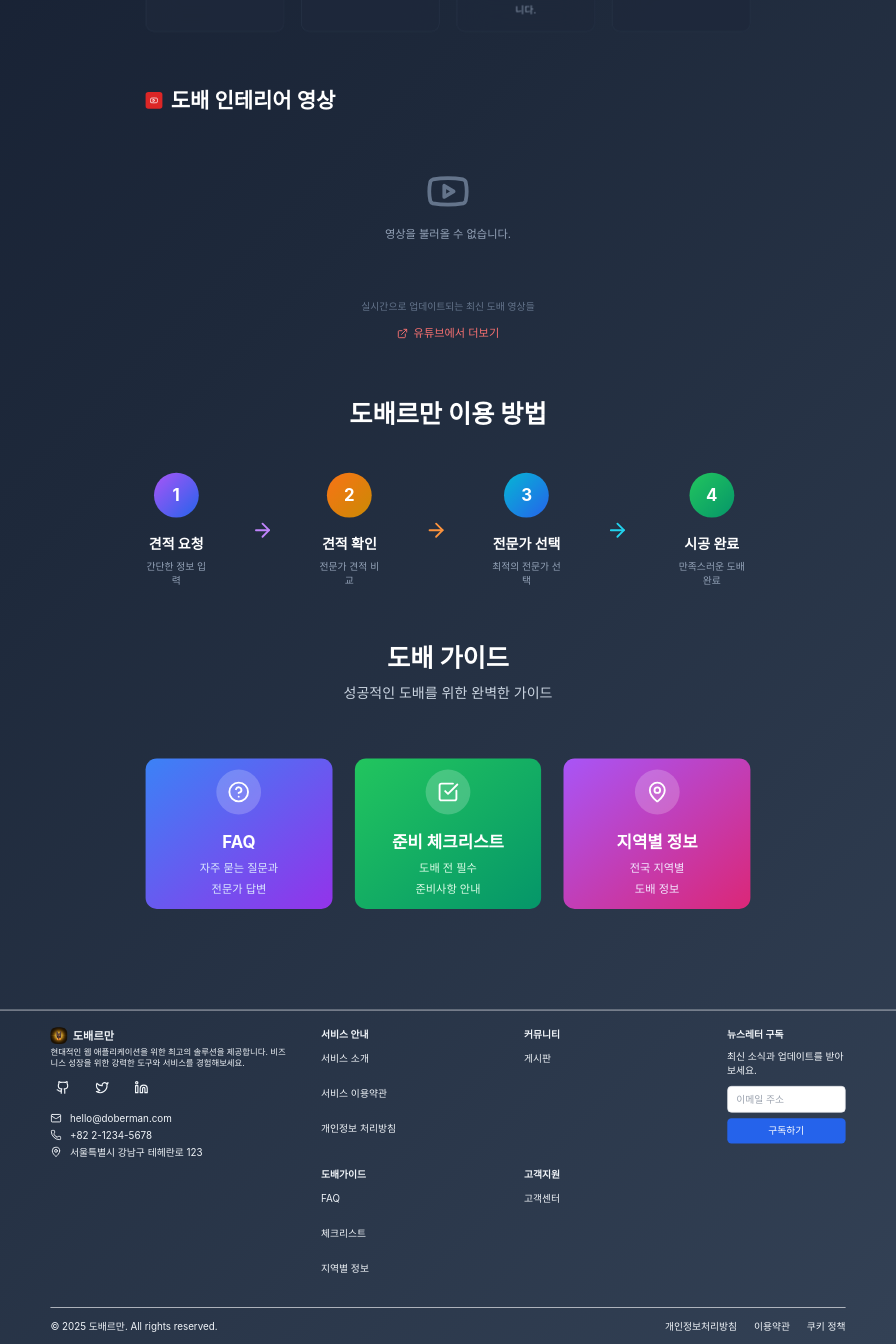
Repository: rambozzang/doberman_nextjs
Page: /
The author's editor kept a copy of each file at every save. The page is drawn from the files as they stood at one save, then again after the next save.
The browser window is 1280 px wide. The pictures show the part of the page from y = 1559 to 3479 px (the page is 3479 px tall before and 3467 px after), at 70% of full size.
The page's requests for data from a server got no answer. The project was rebuilt for these pictures with package versions that can differ from the ones it lists, and the page was loaded fresh each time. The framework's server and built-in components were replaced by stand-ins that run in the browser. No one was signed in, and anything a server would have sent is missing. Also part of the build but not shown: next.config.mjs, next.config.ts, src/components/AutoLogoutWarning.tsx, src/components/ForgotPasswordModal.tsx, src/components/LoginModal.tsx, src/components/RegisterModal.tsx.

Above is the page before, as saved 2025-06-28 01:26:19.

### src/components/Footer.tsx
"use client";

import React, { useState } from "react";
import Link from "next/link";
import { motion, AnimatePresence } from "framer-motion";
import { Github, Twitter, Linkedin, Mail, Phone, MapPin, ChevronDown } from "lucide-react";

import Image from "next/image";

interface FooterLink {
  title: string;
  href: string;
}

interface FooterSection {
  title: string;
  links: FooterLink[];
}

interface SocialLink {
  name: string;
  href: string;
  icon: React.ReactNode;
}

interface FooterProps {
  logo?: string;
  description?: string;
  sections?: FooterSection[];
  socialLinks?: SocialLink[];
  contactInfo?: {
    email?: string;
    phone?: string;
    address?: string;
  };
  showNewsletter?: boolean;
}

const defaultSections: FooterSection[] = [
  {
    title: "서비스 안내",
    links: [
      { title: "서비스 소개", href: "/service-intro" },
      { title: "서비스 이용약관", href: "/terms-of-service" },
      { title: "개인정보 처리방침", href: "/privacy-policy" },
    ],
  },
  {
    title: "커뮤니티",
    links: [{ title: "게시판", href: "/board" }],
  },
  {
    title: "도배가이드",
    links: [
      { title: "FAQ", href: "/faq" },
      { title: "체크리스트", href: "/checklist" },
      { title: "지역별 정보", href: "/regional-guide" },
    ],
  },
  {
    title: "고객지원",
    links: [{ title: "고객센터", href: "/customer-support" }],
  },
];

const defaultSocialLinks: SocialLink[] = [
  {
    name: "GitHub",
    href: "https://github.com",
    icon: <Github className="w-5 h-5" />,
  },
  {
    name: "Twitter",
    href: "https://twitter.com",
    icon: <Twitter className="w-5 h-5" />,
  },
  {
    name: "LinkedIn",
    href: "https://linkedin.com",
    icon: <Linkedin className="w-5 h-5" />,
  },
];

const Footer: React.FC<FooterProps> = ({
  logo = "도배르만",
  description = "현대적인 웹 애플리케이션을 위한 최고의 솔루션을 제공합니다. 비즈니스 성장을 위한 강력한 도구와 서비스를 경험해보세요.",
  sections = defaultSections,
  socialLinks = defaultSocialLinks,
  contactInfo = {
    email: "hello@doberman.com",
    phone: "+82 2-1234-5678",
    address: "서울특별시 강남구 테헤란로 123",
  },
  showNewsletter = true,
}) => {
  // 모바일 아코디언 상태 관리
  const [expandedSections, setExpandedSections] = useState<Record<string, boolean>>({});

  // 아코디언 토글 함수
  const toggleSection = (sectionTitle: string) => {
    setExpandedSections(prev => ({
      ...prev,
      [sectionTitle]: !prev[sectionTitle]
    }));
  };

  const handleNewsletterSubmit = (e: React.FormEvent) => {
    e.preventDefault();
    // 뉴스레터 구독 로직
    console.log("뉴스레터 구독");
  };

  return (
    <footer className="bg-background border-t border-border">
      <div className="container mx-auto px-4 sm:px-6 lg:px-8">
        {/* Main Footer Content */}
        <div className="py-4 sm:py-6 lg:py-6">
          <div className="grid grid-cols-1 md:grid-cols-2 lg:grid-cols-12 gap-3 sm:gap-4 lg:gap-6">
            {/* Company Info */}
            <div className="md:col-span-2 lg:col-span-4 space-y-2 sm:space-y-3 lg:space-y-2">
              <motion.div
                initial={{ opacity: 0, y: 20 }}
                whileInView={{ opacity: 1, y: 0 }}
                transition={{ duration: 0.5 }}
                viewport={{ once: true }}
              >
                <Link href="/" className="flex items-center space-x-2 mb-1 sm:mb-2 lg:mb-1">
                  <Image src="/logo.png" alt="logo" width={20} height={20} className="sm:w-6 sm:h-6 lg:w-6 lg:h-6" />
                  <span className="text-sm sm:text-base lg:text-base font-bold text-foreground">{logo}</span>
                </Link>
                <p className="text-muted-foreground text-xs sm:text-sm lg:text-xs leading-snug pr-4 line-clamp-2">
                  {description}
                </p>
              </motion.div>

              {/* Social Links */}
              <motion.div
                initial={{ opacity: 0, y: 20 }}
                whileInView={{ opacity: 1, y: 0 }}
                transition={{ duration: 0.5, delay: 0.1 }}
                viewport={{ once: true }}
                className="flex space-x-2 sm:space-x-3 lg:space-x-3"
              >
                {socialLinks.map((social) => (
                  <motion.a
                    key={social.name}
                    href={social.href}
                    target="_blank"
                    rel="noopener noreferrer"
                    whileHover={{ scale: 1.1 }}
                    whileTap={{ scale: 0.95 }}
                    className="p-1.5 sm:p-2 lg:p-2 rounded-lg bg-accent/50 text-muted-foreground hover:text-foreground hover:bg-accent transition-colors touch-target"
                    aria-label={social.name}
                  >
                    <div className="w-4 h-4 sm:w-4 sm:h-4 lg:w-4 lg:h-4">
                      {social.icon}
                    </div>
                  </motion.a>
                ))}
              </motion.div>

              {/* Contact Info */}
              {contactInfo && (
                <motion.div
                  initial={{ opacity: 0, y: 20 }}
                  whileInView={{ opacity: 1, y: 0 }}
                  transition={{ duration: 0.5, delay: 0.2 }}
                  viewport={{ once: true }}
                  className="space-y-1 sm:space-y-1.5 lg:space-y-1"
                >
                  {contactInfo.email && (
                    <div className="flex items-center space-x-2 sm:space-x-3 text-xs sm:text-sm text-muted-foreground">
                      <Mail className="w-3 h-3 sm:w-4 sm:h-4 flex-shrink-0" />
                      <span className="break-all">{contactInfo.email}</span>
                    </div>
                  )}
                  {contactInfo.phone && (
                    <div className="flex items-center space-x-2 sm:space-x-3 text-xs sm:text-sm text-muted-foreground">
                      <Phone className="w-3 h-3 sm:w-4 sm:h-4 flex-shrink-0" />
                      <span>{contactInfo.phone}</span>
                    </div>
                  )}
                  {contactInfo.address && (
                    <div className="flex items-start space-x-2 sm:space-x-3 text-xs sm:text-sm text-muted-foreground">
                      <MapPin className="w-3 h-3 sm:w-4 sm:h-4 flex-shrink-0 mt-0.5" />
                      <span className="leading-relaxed">{contactInfo.address}</span>
                    </div>
                  )}
                </motion.div>
              )}
            </div>

            {/* Footer Links */}
            <div className="md:col-span-2 lg:col-span-6">
              {/* 데스크톱 버전 - 기존 그리드 */}
              <div className="hidden md:grid grid-cols-2 gap-3 sm:gap-4 lg:gap-6">
                {sections.map((section, index) => (
                  <motion.div
                    key={section.title}
                    initial={{ opacity: 0, y: 20 }}
                    whileInView={{ opacity: 1, y: 0 }}
                    transition={{ duration: 0.5, delay: index * 0.1 }}
                    viewport={{ once: true }}
                    className="space-y-2 sm:space-y-3 lg:space-y-3"
                  >
                    <h3 className="text-xs sm:text-sm lg:text-sm font-semibold text-foreground">
                      {section.title}
                    </h3>
                    <ul className="space-y-1 sm:space-y-1.5 lg:space-y-1.5">
                      {section.links.map((link) => (
                        <li key={link.title}>
                          <Link
                            href={link.href}
                            className="text-xs sm:text-sm lg:text-sm text-muted-foreground hover:text-foreground transition-colors block py-0.5 lg:py-0.5 touch-target"
                          >
                            {link.title}
                          </Link>
                        </li>
                      ))}
                    </ul>
                  </motion.div>
                ))}
              </div>

              {/* 모바일 버전 - 아코디언 */}
              <div className="md:hidden space-y-2">
                {sections.map((section, index) => (
                  <motion.div
                    key={section.title}
                    initial={{ opacity: 0, y: 20 }}
                    whileInView={{ opacity: 1, y: 0 }}
                    transition={{ duration: 0.5, delay: index * 0.1 }}
                    viewport={{ once: true }}
                    className="border border-slate-700/30 rounded-lg bg-slate-800/20 overflow-hidden"
                  >
                    {/* 아코디언 헤더 */}
                    <button
                      onClick={() => toggleSection(section.title)}
                      className="w-full flex items-center justify-between p-4 text-left hover:bg-slate-700/20 transition-colors touch-target"
                    >
                      <h3 className="text-sm font-semibold text-foreground">
                        {section.title}
                      </h3>
                      <motion.div
                        animate={{ rotate: expandedSections[section.title] ? 180 : 0 }}
                        transition={{ duration: 0.2 }}
                      >
                        <ChevronDown className="w-4 h-4 text-muted-foreground" />
                      </motion.div>
                    </button>

                    {/* 아코디언 컨텐츠 */}
                    <AnimatePresence>
                      {expandedSections[section.title] && (
                        <motion.div
                          initial={{ height: 0, opacity: 0 }}
                          animate={{ height: "auto", opacity: 1 }}
                          exit={{ height: 0, opacity: 0 }}
                          transition={{ duration: 0.3, ease: "easeInOut" }}
                          className="overflow-hidden"
                        >
                          <div className="px-4 pb-4 border-t border-slate-700/30">
                            <ul className="space-y-2 pt-3">
                              {section.links.map((link) => (
                                <motion.li
                                  key={link.title}
                                  initial={{ opacity: 0, x: -10 }}
                                  animate={{ opacity: 1, x: 0 }}
                                  transition={{ duration: 0.2 }}
                                >
                                  <Link
                                    href={link.href}
                                    className="text-sm text-muted-foreground hover:text-foreground transition-colors block py-2 px-2 rounded hover:bg-slate-700/20 touch-target"
                                  >
                                    {link.title}
                                  </Link>
                                </motion.li>
                              ))}
                            </ul>
                          </div>
                        </motion.div>
                      )}
                    </AnimatePresence>
                  </motion.div>
                ))}
              </div>
            </div>

            {/* Newsletter */}
            {showNewsletter && (
              <div className="md:col-span-2 lg:col-span-2">
                <motion.div
                  initial={{ opacity: 0, y: 20 }}
                  whileInView={{ opacity: 1, y: 0 }}
                  transition={{ duration: 0.5, delay: 0.3 }}
                  viewport={{ once: true }}
                  className="space-y-3 lg:space-y-3"
                >
                  <h3 className="text-xs sm:text-sm lg:text-sm font-semibold text-foreground">
                    뉴스레터 구독
                  </h3>
                  <p className="text-xs sm:text-sm lg:text-sm text-muted-foreground">
                    최신 소식과 업데이트를 받아보세요.
                  </p>
                  <form onSubmit={handleNewsletterSubmit} className="space-y-2 lg:space-y-2">
                    <input
                      type="email"
                      placeholder="이메일 주소"
                      className="w-full px-2.5 py-1.5 lg:px-3 lg:py-2 text-xs lg:text-sm bg-background border border-border rounded-md focus:outline-none focus:ring-2 focus:ring-primary focus:border-transparent"
                      required
                    />
                    <button
                      type="submit"
                      className="w-full px-2.5 py-1.5 lg:px-3 lg:py-2 text-xs lg:text-sm bg-blue-600 text-white rounded-md hover:bg-blue-700 transition-colors"
                    >
                      구독하기
                    </button>
                  </form>
                </motion.div>
              </div>
            )}
          </div>
        </div>

        {/* Bottom Bar */}
        <motion.div
          initial={{ opacity: 0 }}
          whileInView={{ opacity: 1 }}
          transition={{ duration: 0.5, delay: 0.4 }}
          viewport={{ once: true }}
          className="py-4 lg:py-4 border-t border-border"
        >
          <div className="flex flex-col md:flex-row justify-between items-center space-y-2 md:space-y-0">
            <div className="text-xs sm:text-sm lg:text-sm text-muted-foreground">
              © {new Date().getFullYear()} {logo}. All rights reserved.
            </div>
            <div className="flex space-x-4 lg:space-x-6">
              <Link
                href="/privacy"
                className="text-xs sm:text-sm lg:text-sm text-muted-foreground hover:text-foreground transition-colors"
              >
                개인정보처리방침
              </Link>
              <Link
                href="/terms"
                className="text-xs sm:text-sm lg:text-sm text-muted-foreground hover:text-foreground transition-colors"
              >
                이용약관
              </Link>
              <Link
                href="/cookies"
                className="text-xs sm:text-sm lg:text-sm text-muted-foreground hover:text-foreground transition-colors"
              >
                쿠키 정책
              </Link>
            </div>
          </div>
        </motion.div>
      </div>
    </footer>
  );
};

export default Footer;

Loaded but not shown: tailwind.config.js (145 lines, source omitted); src/app/page.tsx (898 lines, source omitted); src/components/Header.tsx (549 lines, source omitted); src/app/globals.css (891 lines, source omitted); src/lib/api.ts (171 lines, source omitted); src/services/authService.ts (116 lines, source omitted); src/hooks/useAutoLogout.ts (132 lines, source omitted); src/lib/auth.ts (101 lines, source omitted); src/hooks/useAuth.ts (100 lines, source omitted); src/store/useStore.ts (38 lines, source omitted); src/components/AdSense.tsx (41 lines, source omitted); src/providers/GlobalProvider.tsx (31 lines, source omitted); src/providers/QueryProvider.tsx (25 lines, source omitted); src/services/youtubeService.ts (9 lines, source omitted); src/app/layout.tsx (264 lines, source omitted)

After the next save:
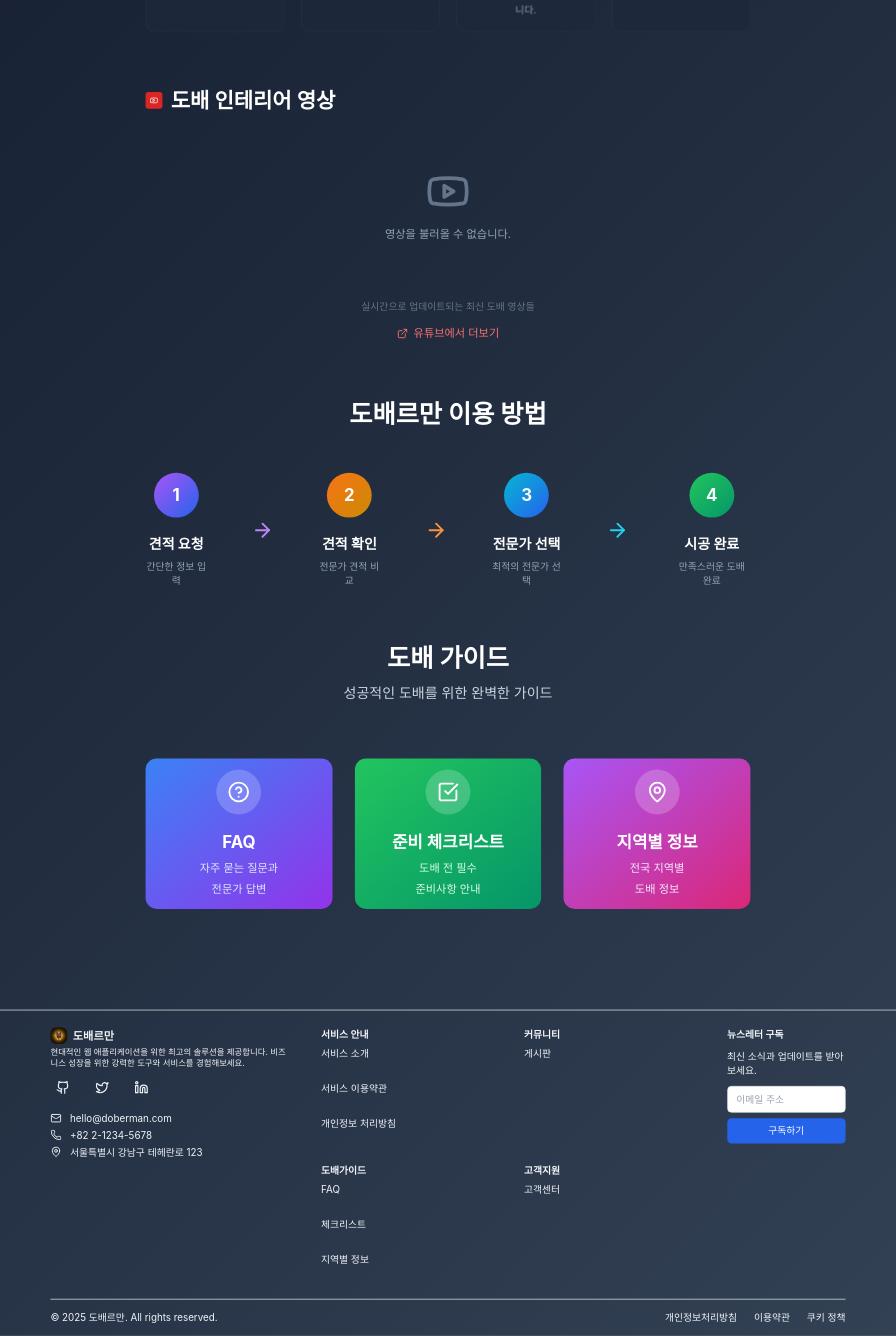
Saved 7 s later.
--- a/src/components/Footer.tsx
+++ b/src/components/Footer.tsx
@@ -201,7 +201,7 @@ const Footer: React.FC<FooterProps> = ({
                     whileInView={{ opacity: 1, y: 0 }}
                     transition={{ duration: 0.5, delay: index * 0.1 }}
                     viewport={{ once: true }}
-                    className="space-y-2 sm:space-y-3 lg:space-y-3"
+                    className="space-y-1.5 sm:space-y-2 lg:space-y-1.5"
                   >
                     <h3 className="text-xs sm:text-sm lg:text-sm font-semibold text-foreground">
                       {section.title}
